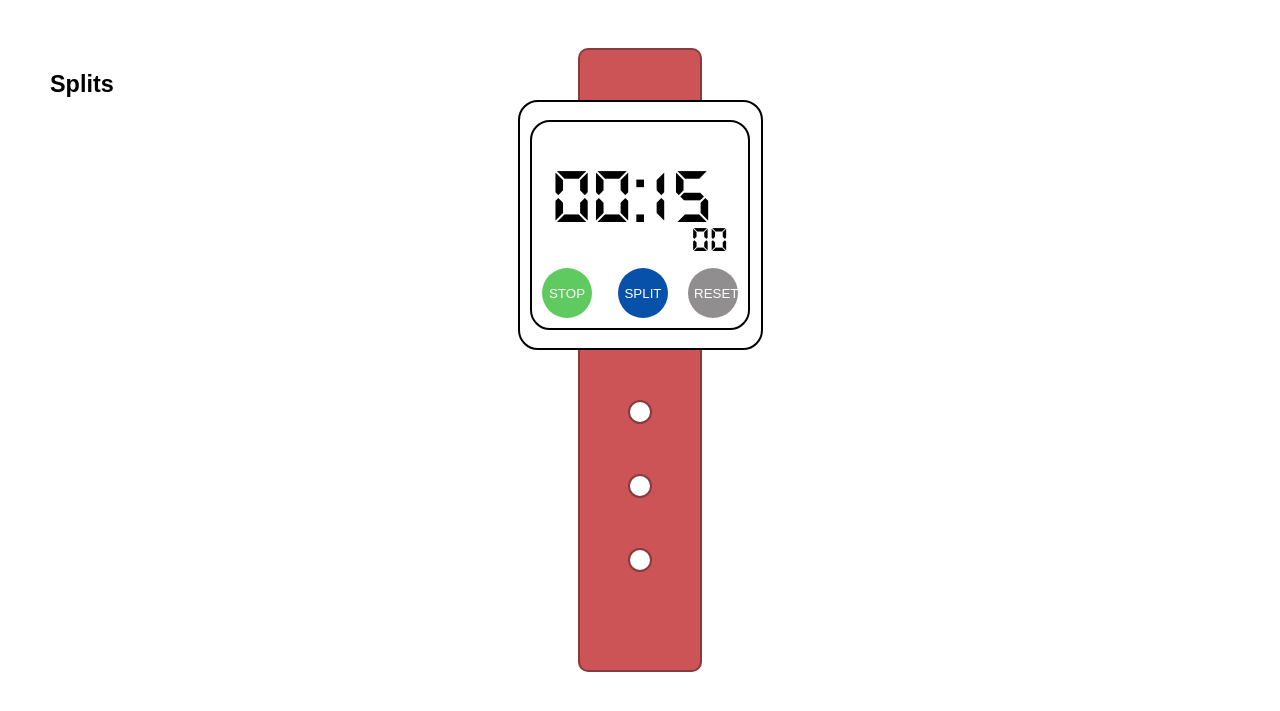
Repository: konstantin0s/lab-chronometer
Page: index.html
These files come from the project's save history. The page is drawn as it stood at one moment and after the next save; the edit follows.
The browser window is 1280 px wide. The pictures show the whole page.
After loading, the first visible `#btnLeft` was clicked once.

Above is the page before, as saved 2019-02-05 14:36:18.

After the next save:
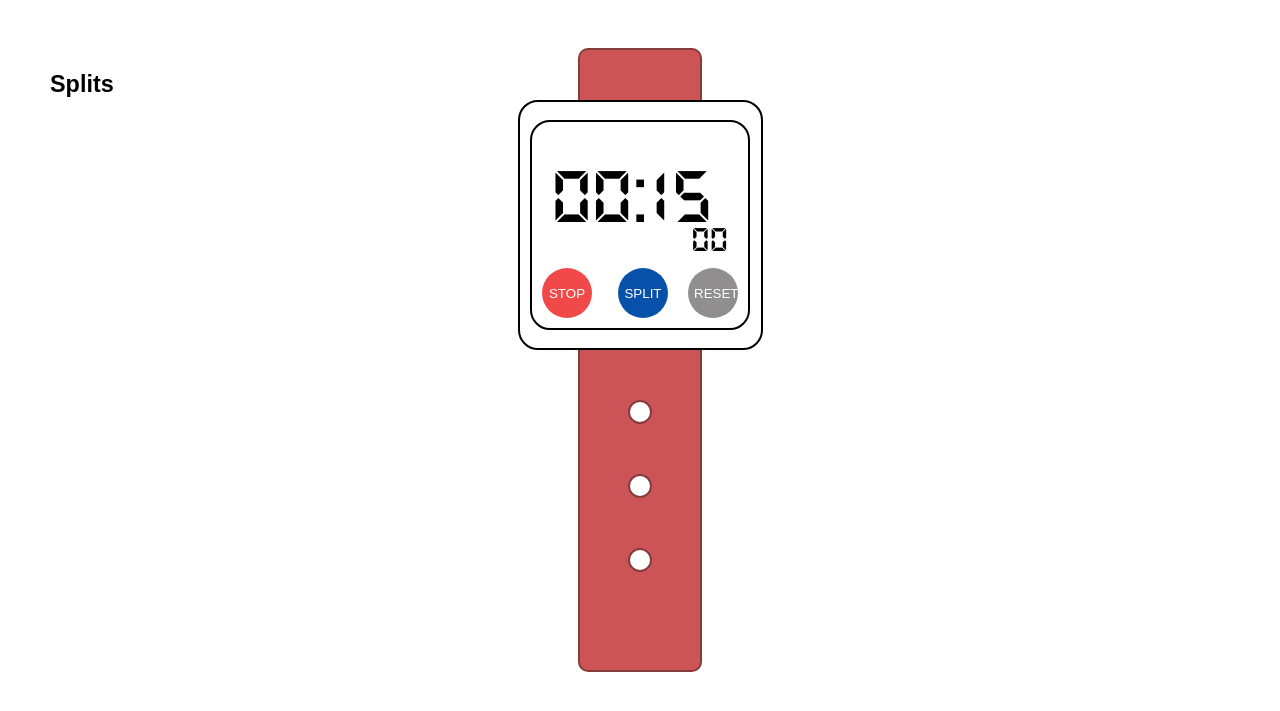
Saved 87 s later.
--- a/javascript/main.js
+++ b/javascript/main.js
@@ -43,6 +43,7 @@ minDec.innerHTML = "0" + minutes;
          seconds++;
          secDec.innerHTML = twoDigits(seconds);
          btnLeft.innerHTML = "STOP";
+         btnLeft.setAttribute("class", "btn stop");
       if (seconds === 60) {
          seconds = 0;
          minutes++;
